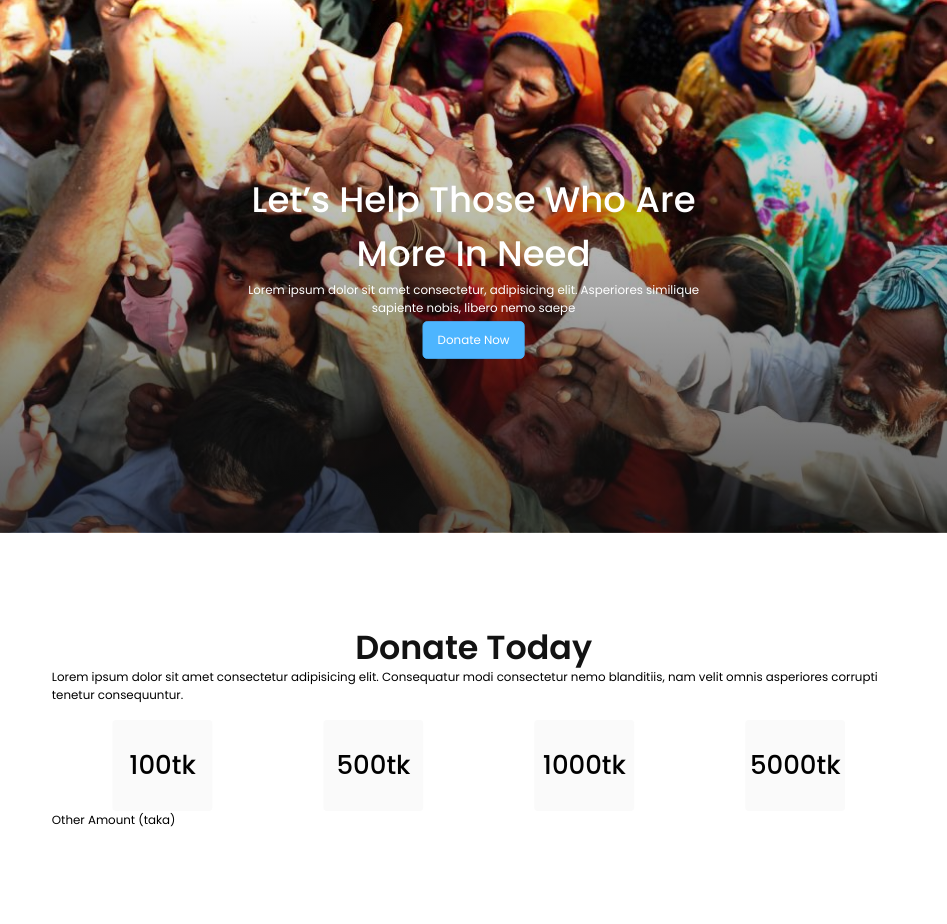
Repository: mdrubel02/donate-website
Page: index.html
The author's editor kept a copy of each file at every save. The page is drawn from the files as they stood at one save, then again after the next save.
The browser window is 1280 px wide. The pictures show the whole page, at 74% of full size.

Above is the page before, as saved 2022-07-06 13:32:39.

### index.html
<!DOCTYPE html>
<html lang="en">
<head>
    <meta charset="UTF-8">
    <meta http-equiv="X-UA-Compatible" content="IE=edge">
    <meta name="viewport" content="width=device-width, initial-scale=1.0">
    <title>Our Donate Website</title>
    <link rel="stylesheet" href="./index.css">
</head>
<body>
    <!-- banner section -->
    <section class="banner-section">
            <div class="banner-content">
                <h1>Let’s Help Those Who Are More In Need</h1>
                <p>Lorem ipsum dolor sit amet consectetur, adipisicing elit. Asperiores similique sapiente nobis, libero nemo saepe</p>
                <a href="" class="btn btn-primary">Donate Now</a>
            </div>
    </section>

    <!-------- Donate Today------->
    <section class="container">
            <h2 class="section-title">Donate Today</h2>
            <p>Lorem ipsum dolor sit amet consectetur adipisicing elit. Consequatur modi consectetur nemo blanditiis, nam velit omnis asperiores corrupti tenetur consequuntur.</p>
            <div class="donate-today">
                <div class="donate-content">
                    <h3>100<span>tk</span> </h3>
                </div>
                <div class="donate-content">
                    <h3>500<span>tk</span> </h3>
                </div>
                <div class="donate-content">
                    <h3>1000<span>tk</span> </h3>
                </div>
                <div class="donate-content">
                    <h3>5000<span>tk</span> </h3>
                </div>

            </div>
            <p>Other Amount <span>(taka)</span></p>
    </section>
</body>
</html>

### index.css
/* =====GOOGLE FONTS====== */
@import url('https://fonts.googleapis.com/css2?family=Poppins:wght@300;400;500;600&display=swap');

/* =====COMMON STYLES====== */
* {
    margin: 0;
    padding: 0;
    border: 0;
    outline: 0;
    list-style: none;
    text-decoration: none;
}

body {
    font-family: 'Poppins', sans-serif;
}

h1,
h2,
h3,
h4,
h5,
h6 {
    font-weight: 500;
}

img {
    display: block;
    width: 100%;
    object-fit: cover;
}

.container {
    max-width: 1200px;
    margin: 0 auto;
    padding: 0 30px;
    margin-top: 10%;
    margin-bottom: 10%;
    box-sizing: border-box;
}

a {
    color: #fff;
    transition: all 400ms ease;
}

a:hover {
    color: #fff;
}

.btn {
    text-align: center;
    width: max-content;
    display: inline-block;
    color: #fff;
    padding: 0.75rem 1.2rem;
    border-radius: 0.4rem;
    border: 1px solid #4db5ff;
    cursor: pointer;
    transition: all 400ms ease;
}

.btn:hover {
    background: #fff;
    color: #4db5ff;
    border: 1px solid #4db5ff;
}

.btn-primary {
    background: #4db5ff;
    color: #fff;
}

.section-title {
    color: #121212;
    font-weight: 700;
    font-size: 45px;
    line-height: 54px;
    text-align: center;
}

hr {
    border: 1px solid #DADADA;
}


/* ========BANNER SECTION STYLE======== */

.banner-section {
    background-image: url(./images/donation0.jpg);
    background-repeat: no-repeat;
    background-size: cover;
    background-position: center center;
    height: 100vh;
    width: 100%;
    position: relative;
    z-index: 1;
    display: flex;
    flex-direction: column;
    justify-content: center;
    align-items: center;
    text-align: center;
}

.banner-section:after {
    content: "";
    position: absolute;
    top: 0;
    left: 0;
    width: 100%;
    height: 100%;
    background: linear-gradient(360deg, #121212 0%, rgba(18, 18, 18, 0) 100%);
    opacity: .7;
    z-index: -5;
}

.banner-content {
    width: 50%;
}

.banner-content h1 {
    font-size: 3rem;
    color: #fff;
}

.banner-content p {
    margin-bottom: 5px;
    color: #fff;
}

/*=========== Donate section style========= */
.donate-today {
    display: flex;
    justify-content: space-around;

}

.donate-content {
    width: 135px;
    height: 123px;
    background: #FAFAFA;
    border-radius: 5px;
    font-size: 30px;
    font-weight: 700;
    line-height: 36px;
    display: flex;
    justify-content: center;
    align-items: center;
    margin-left: .9rem;
    margin-top: 1.3rem;
    transition: all 400ms ease;
}

.donate-content:hover {
    border: 2px solid #FF5959;
    border-radius: 5px;
    color: #FF5959;
}

.donate-today p {
    font-weight: 400;
    font-size: 18px;
    line-height: 28px;
    color: #B3B3B3;
}

After the next save:
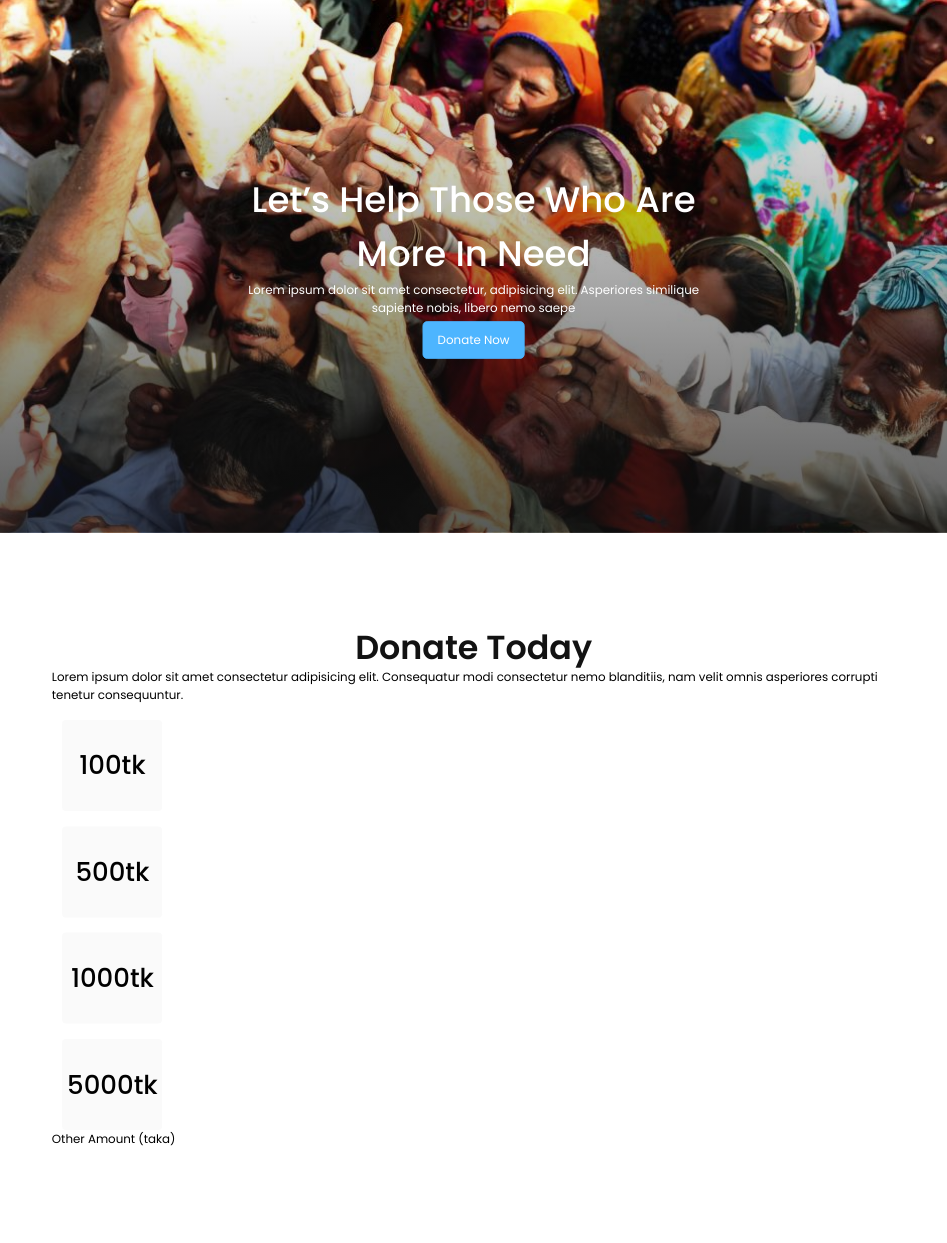
Saved 38 s later.
--- a/index.css
+++ b/index.css
@@ -130,8 +130,8 @@
 
 /*=========== Donate section style========= */
 .donate-today {
-    display: flex;
-    justify-content: space-around;
+    /* display: flex;
+    justify-content: space-around; */
 
 }
 

After the save that followed:
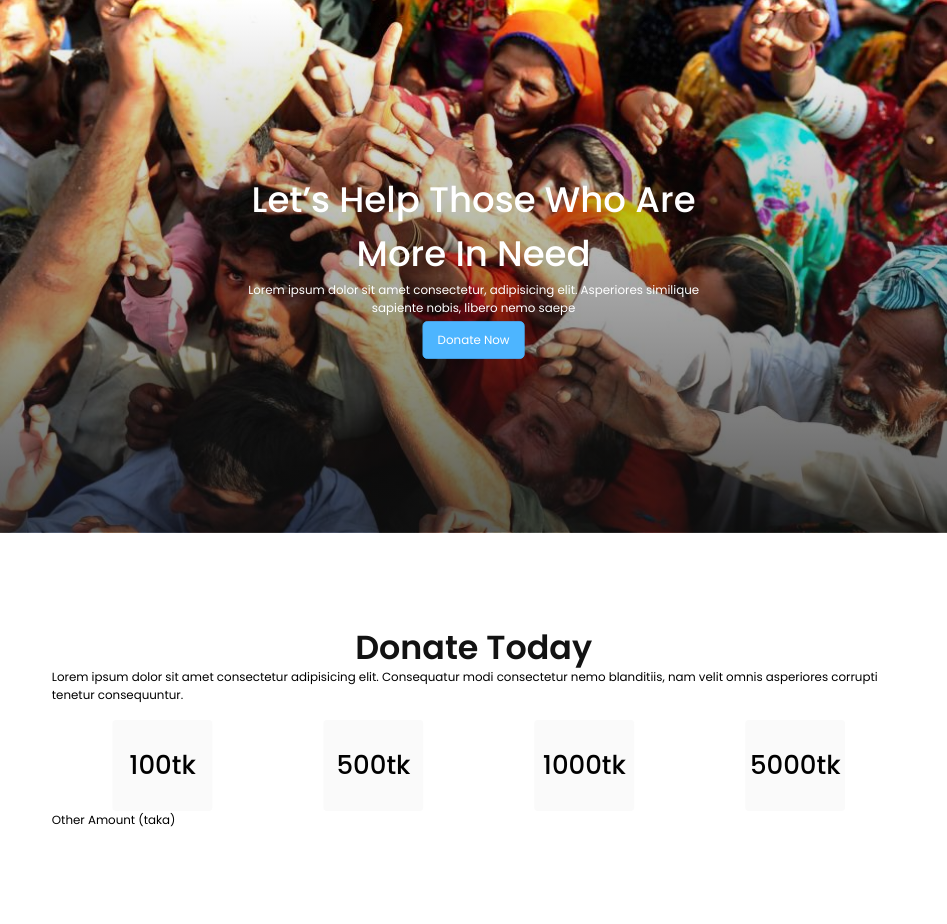
Saved 11 s later.
--- a/index.css
+++ b/index.css
@@ -130,8 +130,8 @@
 
 /*=========== Donate section style========= */
 .donate-today {
-    /* display: flex;
-    justify-content: space-around; */
+    display: flex;
+    justify-content: space-around;
 
 }
 
